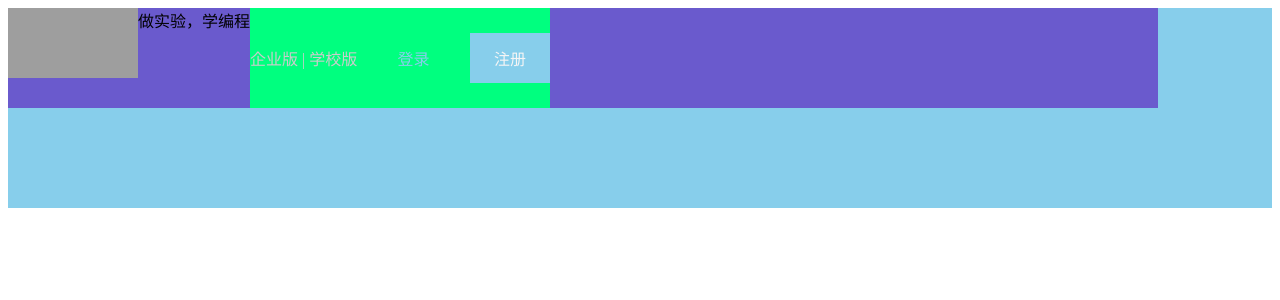
Repository: wuguozheng/xxbb
Page: /
The author's editor kept a copy of each file at every save. The page is drawn from the files as they stood at one save, then again after the next save.
The browser window is 1280 px wide. The pictures show the whole page.
Pictures or frames that could not be fetched are drawn as grey boxes. The project was rebuilt for these pictures with package versions that can differ from the ones it lists, and the page was loaded fresh each time.

Above is the page before, as saved 2020-06-01 12:04:48.

### src/App.vue
<template>
  <div id="app">

    <router-view/>
  </div>
</template>

<style lang="scss">

</style>

### src/views/Home.vue
<template>
 <div>
    <mxs1></mxs1>
 </div>
</template>

<script>
import Mxs1 from '../components/home/Mxs1'
 export default {
   name: '',
   props: {
   },
   components: {
     Mxs1,
   },
   data () {
     return {

     }
   },
   methods: {

   },
   mounted() {

   },
   watch: {

   },
   computed: {

   }
 }
</script>

<style scoped lang='scss'>

</style>

### src/components/home/Mxs1.vue
<template>
 <div>
   <div class="rap">
     <div class="rap-1">
       <img data-v-7629dae3="" src="https://static.shiyanlou.com/frontend/dist/img/9f43b00.svg" alt="实验楼" width="130" height="70">
       <div>做实验，学编程</div>
       <div class="rap-2">
         <div class="timi-1">企业版 | 学校版</div>
         <div class="timi-2">登录</div>
         <div class="timi">注册</div>
       </div>
     </div>
   </div>
 </div>
</template>

<script>

 export default {
   name: '',
   props: {
   },
   components: {

   },
   data () {
     return {

     }
   },
   methods: {

   },
   mounted() {

   },
   watch: {

   },
   computed: {

   }
 }
</script>

<style scoped lang='scss'>
.rap {
  width: 100%;
  height: 200px;
  background: skyblue;
}
.rap-1 {
  width: 1150px;
  height: 100px;
  background: slateblue;
  display: flex;
}
.rap-2 {
  display: flex;
  width: 300px;
  height: 100px;
  background: springgreen;
  justify-content: space-between;
  align-items: center;
}
.timi {
  width: 80px;
  height: 50px;
  background: skyblue;
  display: flex;
  justify-content: center;
  align-items: center;
  color: whitesmoke;
}
.timi-1 {
  color: #ccc;
}
.timi-2 {
  color: skyblue;
}
</style>

Loaded but not shown: src/main.js (common file); src/router/index.js (common file); src/store/index.js (common file)

After the next save:
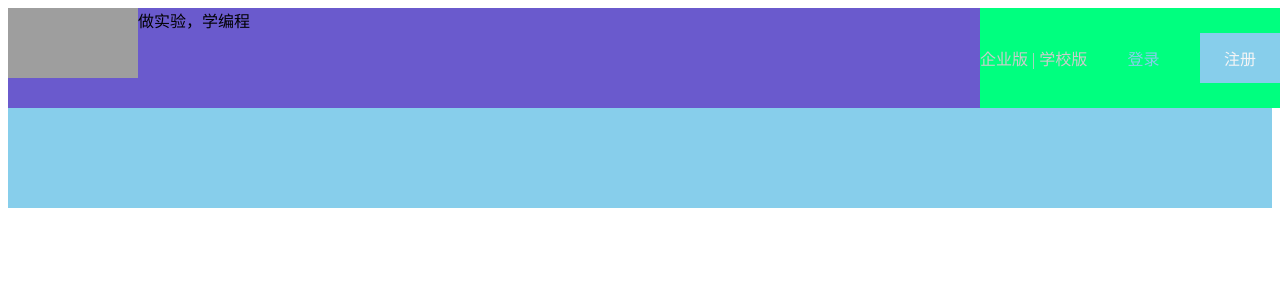
Saved 56 s later.
--- a/src/components/home/Mxs1.vue
+++ b/src/components/home/Mxs1.vue
@@ -62,6 +62,8 @@
   background: springgreen;
   justify-content: space-between;
   align-items: center;
+  position: absolute;
+  right: 0;
 }
 .timi {
   width: 80px;
